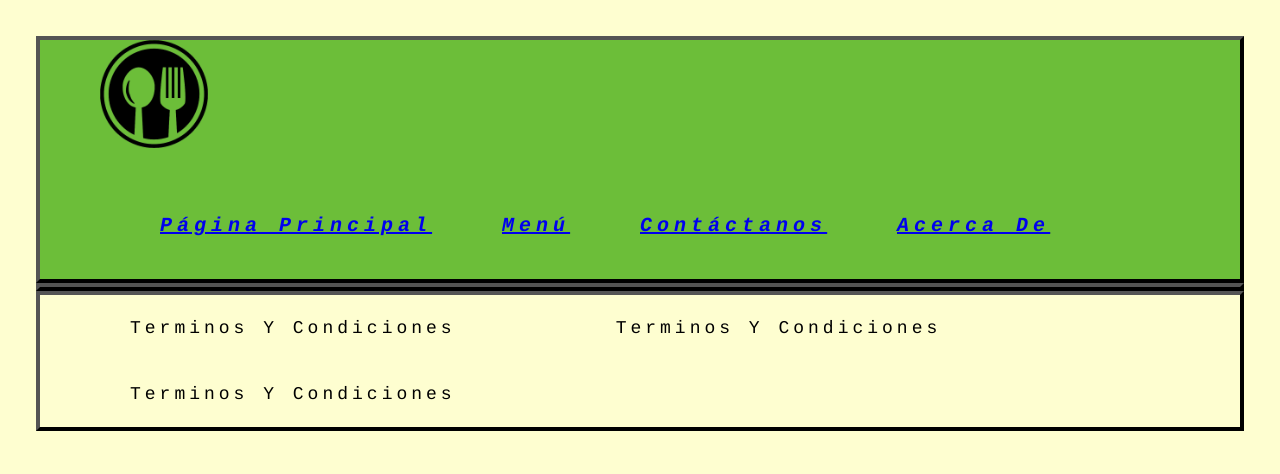
Repository: UVMCoyoacan/eq06_sitio1
Page: Carpeta docs/contactos.html
An editor plug-in stored every save of this project. The page is shown before and after the next save, followed by the edit.
The browser window is 1280 px wide. The pictures show the whole page.

Above is the page before, as saved 2024-04-13 23:04:43.

### Carpeta docs/contactos.html
<!DOCTYPE html>
<html>
    <head>
        <link rel="stylesheet" href="../Carpeta estilos/estilo1.css"/>
        <meta charset="utf-8" />
    </head>
    <body>
        <header id="parte_inicial" role="banner">
            <div class="encabezado" style="display: flex;   flex-wrap: wrap;">
                    <div style="flex-wrap:wrap ;">
                    <img width="108" height="108" src="../Carpeta ims/tres.png" >
                    </div>
            <div style="display: flex;   flex-wrap: wrap;">
            <ul >
                <li><a href="../index.html">Página principal</a></li>
                <li><a href="./menu.html">Menú</a></li>
                <li><a href="#">Contáctanos</a></li>
                <li style="float:right"><a class="active" href="../Carpeta docs/acercade.html">Acerca de</a></li>
            </ul>
        </div>
            </div>
        </header>
    <div style="border-style: outset;
    border-color: #000000;
    border-width: .4ch;"></div>
        <div style="border-style: outset;
        border-color: #000000;
        border-width: .4ch;">
            <footer >
                <div style="display: flex;   flex-wrap: wrap;">
                    <ul>Terminos y condiciones</ul>
                    <ul>Terminos y condiciones</ul>
                    <ul>Terminos y condiciones</ul>
                </div>

            </footer>
        </div>
    </body>
    <script src="../Carpeta js/js1.js">
    </script>
</html>

### Carpeta estilos/estilo1.css
body{
  background-color:#fefec0be;
  font-size:20px;
  font-family:Courier;
  font-weight:bold;
  font-style:normal;
  line-height:30px;
  letter-spacing:5px;
  padding: 28px;
  text-transform:capitalize;
  text-align:left;
  text-indent:30px;

}
header{
  background-color:#6cbe39;
  font-size:20px;
  font-family:Courier;
  font-weight:bold;
  font-style:italic;
  line-height:60px;
  letter-spacing:5px;
  text-transform:capitalize;
  text-align:left;
  text-indent:60px;
  border-style: outset;
  border-color: #000000;
  border-width: .4ch;

}
li {
  display: inline;
  float: left;
  background-color:#6cbe39;
  font-size:20px;
  font-family:Courier;
  font-weight:bold;
  font-style:oblique;
  line-height:30px;
  letter-spacing:5px;
  text-decoration:underline;
  text-transform:capitalize;
  text-align:left;
  text-indent:30px;
  border-style:inherit;
  border-color: #303130;
  padding: 12px;
}


a {
  display: block;
  padding: 8px;
  background-color:#6cbe39;
}
.active {
  background-color:transparent;

}

#titulo{
  text-decoration: overline underline;
  font-size:30px;
  font-style:oblique;

}

p{

    font-size: 30px;
    font-family: Courier;
    font-weight: bold;
    font-style:italic;
    line-height: 30px;
    letter-spacing: 5px;
    text-transform: capitalize;
    text-align: left;
    text-indent: 30px;
    margin-left: auto;
    color: #2e2e2e;
      background-color: #ffffff;


    }

  ol{

      font-size: 20px;
      font-family: Courier;
      font-weight:200;
      font-style: normal;
      line-height: 30px;
      letter-spacing: 5px;
      text-transform: capitalize;
      text-align: left;
      text-indent: 30px;
      color: #2e2e2e;
      padding-left: 40px;
    }
    h1{
      font-size: 30px;
      font-family: Courier;
      font-weight: bold;
      font-style:italic;
      line-height: 30px;
      letter-spacing: 5px;
      text-transform: capitalize;
      text-align: left;
      text-indent: 30px;
      margin-left: auto;
      color: #2e2e2e;
        background-color: #b3e64c;
    }
    h2 {
      font-size: 30px;
      font-family: Arial, sans-serif;
      font-weight: bold;
      font-style: normal;
      line-height: 1.5;
      letter-spacing: 1px;
      text-transform: uppercase;
      text-align: center;
      color: #333333;
      margin-top: 20px;
      margin-bottom: 20px;
    }
    ul{
      font-size: 18px;
      font-family: Courier;
      font-weight:200;
      font-style:initial;
      line-height: 30px;
      letter-spacing: 4px;
      text-transform: capitalize;
      text-align: left;
      text-indent: 20px;
      color: #000000;
      padding-left: 70px;
      padding-right: 70px;

    }

  h3{
    font-size: 30px;
    font-family: Courier;
    font-weight: bold;
    font-style:italic;
    line-height: 30px;
    letter-spacing: 5px;
    text-transform: capitalize;
    text-align: left;
    text-indent: 30px;
    margin-left: auto;
    color: #2e2e2e;
      background-color: #b3e64c;
  }
  h4 {
    font-size: 30px;
    font-family: Arial, sans-serif;
    font-weight: bold;
    font-style: normal;
    line-height: 1.5;
    letter-spacing: 1px;
    text-transform: uppercase;
    text-align: center;
    color: #333333;
    margin-top: 20px;
    margin-bottom: 20px;
  }
  @keyframes bounce {
    0% { transform: translateY(0); }
    50% { transform: translateY(-40px); }
    100% { transform: translateY(0); }
  }

  .bounce {
    animation: bounce 1.0s infinite;
  }

  .slider-section img{
    width: 500px;
    height: 100%;
    object-fit: cover;
    border-radius:  15px;
  }

  .container-carrousel{
    width: 500px;
    height: 300px;
    background-color: #e0e0e0;
    border-radius: 15px;
    overflow: hidden;
   justify-content: center;

  }

  .carruseles{
    width: 400%;
    height: 100%;
    display: flex;
    border: solid thin red;
  }

  .slider-section{
    width: calc(100%/4);
    height: 100%;

  }

### Carpeta js/js1.js
function redirigirIndex() {
    window.location.href = '../index.html';
}

After the next save:
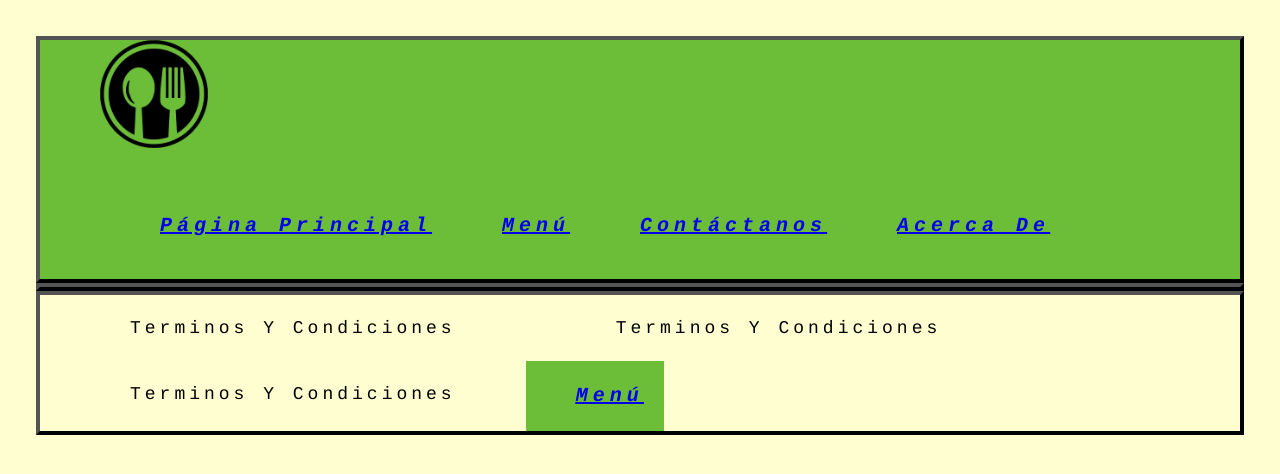
Saved 51 s later.
--- a/Carpeta docs/contactos.html
+++ b/Carpeta docs/contactos.html
@@ -31,6 +31,8 @@
                     <ul>Terminos y condiciones</ul>
                     <ul>Terminos y condiciones</ul>
                     <ul>Terminos y condiciones</ul>
+                    <li><a href="./Carpeta docs/terminos.html">Menú</a></li>
+
                 </div>
 
             </footer>

After the 2 saves that followed:
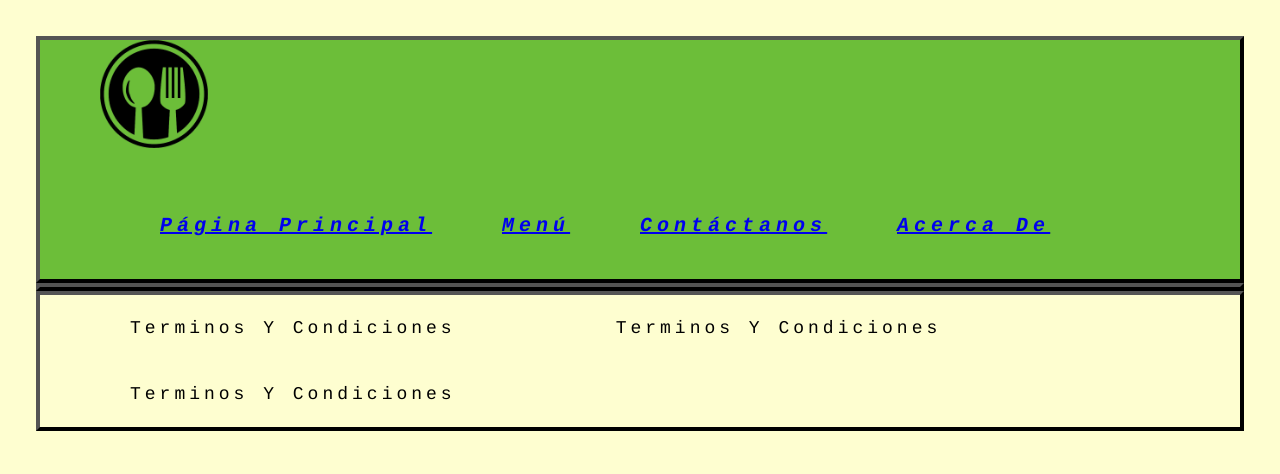
The 2 saves are shown as one change because 1 left the picture as it was.
The last was saved 2 min 3 s later.
--- a/Carpeta docs/contactos.html
+++ b/Carpeta docs/contactos.html
@@ -31,8 +31,6 @@
                     <ul>Terminos y condiciones</ul>
                     <ul>Terminos y condiciones</ul>
                     <ul>Terminos y condiciones</ul>
-                    <li><a href="./Carpeta docs/terminos.html">Menú</a></li>
-
                 </div>
 
             </footer>
